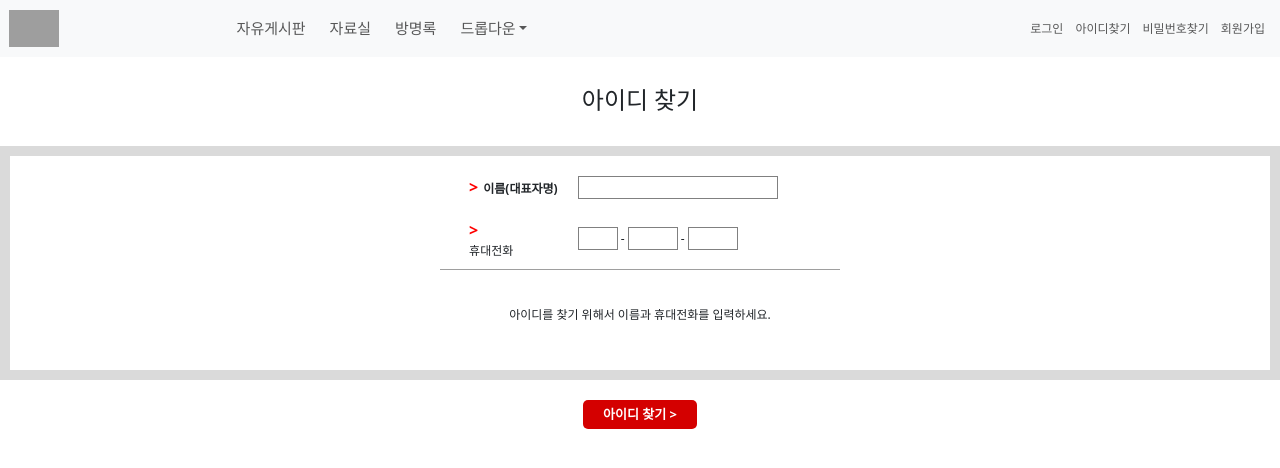
Repository: lim-eun-a/Project
Page: http://localhost/Project/06Session/IdForm.jsp
The author's editor kept a copy of each file at every save. The page is drawn from the files as they stood at one save, then again after the next save.
The browser window is 1280 px wide. The pictures show the whole page.
Pictures or frames that could not be fetched are drawn as grey boxes. Some web libraries are served in a nearby version. The page is served by Tomcat 10.

Above is the page before, as saved 2024-01-11 01:49:22.

After the next save:
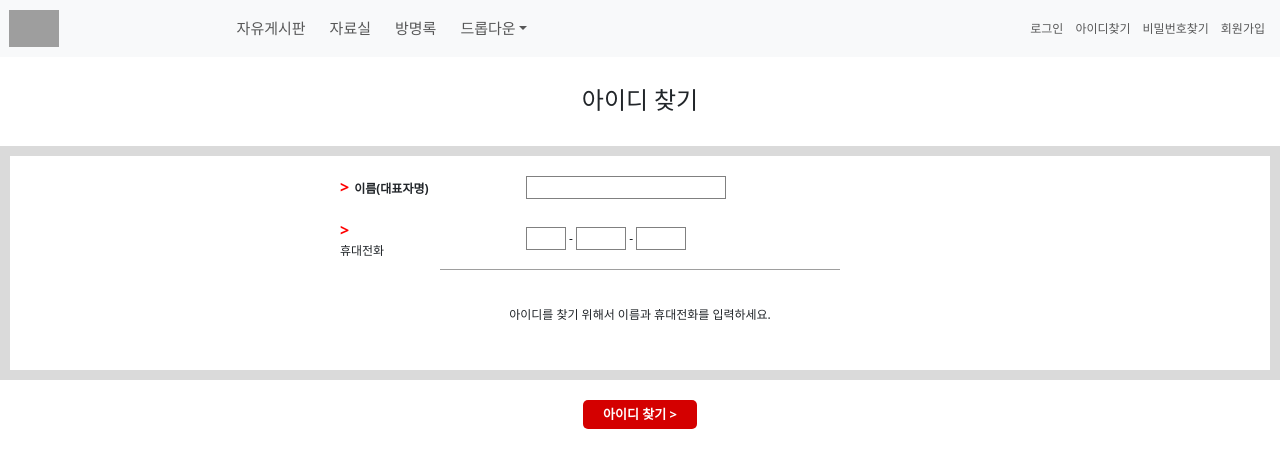
Saved 6 s later.
--- a/Project/src/main/webapp/06Session/IdForm.jsp
+++ b/Project/src/main/webapp/06Session/IdForm.jsp
@@ -36,7 +36,7 @@
 		<h2>아이디 찾기</h2>
 		<div style="margin-top:30px;"></div>
 	<div id="IdBox">
-	<table align="center" id="InputTable" width:50%>
+	<table align="center" id="InputTable" width="50%">
 		<colgroup>
 			<col width="30%" />
 			<col width="70%" />
